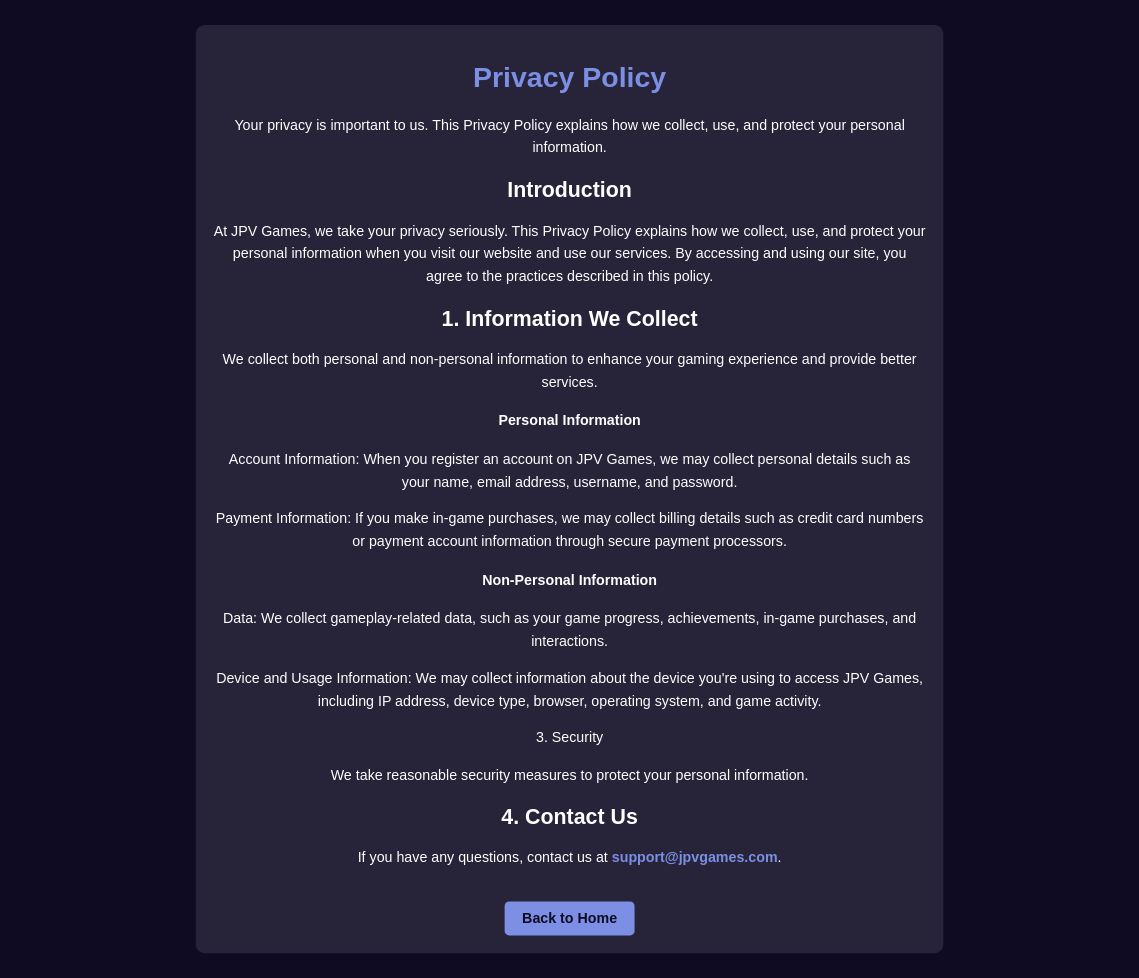
Repository: meenadabhii/jpygames.com
Page: http://localhost/privacy-policy.html
These files come from the project's save history. The page is drawn as it stood at one moment and after a run of saves; the edit follows.
The browser window is 1280 px wide. The pictures show the whole page, at 89% of full size.
The page is served by the project's Node server (app.js).

Above is the page before, as saved 2025-02-08 10:43:48.

### nodejs/views/privacy-policy.html
<!DOCTYPE html>
<html lang="en">
<head>
    <meta charset="UTF-8">
    <meta name="viewport" content="width=device-width, initial-scale=1.0">
    <title>Privacy Policy</title>
    <style>
        body {
            background-color: #0e0b23; /* Dark background */
            color: #ffffff; /* White text */
            font-family: Arial, sans-serif;
            text-align: center;
            padding: 20px;
        }

        .container {
            max-width: 800px;
            margin: auto;
            background: rgba(255, 255, 255, 0.1);
            padding: 20px;
            border-radius: 10px;
        }

        h1 {
            color: #7c8fe4;;
        }

        p {
            line-height: 1.6;
        }

        a {
            color:#7c8fe4;;
            text-decoration: none;
            font-weight: bold;
        }

        a:hover {
            text-decoration: underline;
        }

        .button {
            display: inline-block;
            background: #7c8fe4;
            color: #0e0b23;
            padding: 10px 20px;
            border-radius: 5px;
            margin-top: 20px;
            text-decoration: none;
            font-weight: bold;
        }

        .button:hover {
            background: #4b69f0;
        }
    </style>
</head>
<body>
    <div class="container">
        <h1>Privacy Policy</h1>
        <p>Your privacy is important to us. This Privacy Policy explains how we collect, use, and protect your personal information.</p>

        <h2>Introduction</h2>
        <p>At JPV Games, we take your privacy seriously. This Privacy Policy explains how we collect, use, and protect your personal information when you visit our website and use our services. By accessing and using our site,
             you agree to the practices described in this policy.</p>

        <h2>1. Information We Collect</h2>
        <p>We collect both personal and non-personal information to enhance your gaming experience and provide better services.

        </p>
        <h4>Personal Information</h4>
        <p>Account Information: When you register an account on JPV Games, we may collect personal details such as your name, email address, username, and password.</p>
        <p>Payment Information: If you make in-game purchases, we may collect billing details such as credit card numbers or payment account information through secure payment processors.</p>

        <h4>Non-Personal Information</h4>
        <p> Data: We collect gameplay-related data, such as your game progress, achievements, in-game purchases, and interactions.</p>
<p>Device and Usage Information: We may collect information about the device you're using to access JPV Games, including IP address, device type, browser, operating system, and game activity.</p>
<p
        <h2>3. Security</h2>
        <p>We take reasonable security measures to protect your personal information.</p>

        <h2>4. Contact Us</h2>
        <p>If you have any questions, contact us at <a href="mailto:support@jpvgames.com">support@jpvgames.com</a>.</p>

        <a href="/" class="button">Back to Home</a>
    </div>
</body>
</html>

### nodejs/app.js

const express = require('express')
const app = express()
const port = 6600
const ejs = require('ejs')
const path = require('path')
const fs = require('fs')

app.use(express.static('public'))
app.set('views', path.join(__dirname,'/views'))
app.set('view engine', 'ejs')

const games = JSON.parse(fs.readFileSync('./game.json','utf-8'));

app.use(express.static(path.join(__dirname, 'public')));

app.get('/privacy-policy.html', (req, res) => {
    res.sendFile(path.join(__dirname, 'views', 'privacy-policy.html'));
});

app.get('/', (req, res) => {
    return res.render('home',{games});
})

app.get('/game/:name', (req, res) => {
    const find = games.filter(i => i.slug == req.params.name);
    const newdata = [...Array(8)].map(i => games[(Math.floor(Math.random() * games.length))]);

    if (!find.length) {
        return res.send('404')
    }
    return res.render('singel',{data:find[0], newdata});
})

app.get('/category/:name', (req, res) => {
    const find = games.filter(i => i.type == req.params.name);
    if (!find.length) {
        return res.send('404')
    }
    return res.render('category',{data:find});
})

app.get('/game/:name/play', (req, res) => {
    const find = games.filter(i => i.slug == req.params.name);
    if (!find.length) {
        return res.send('404')
    }
    return res.render('play',{data:find[0]});
})

app.listen(port, () => {
    console.log(`Example app listening on port ${port}`)
})

### nodejs/game.json
[
    {
        "slug":"up-hill-racing",
        "name":"Up Hill Racing",
        "img":"/image/uphillracing.png",
        "type":"sport",
        "url":"https://softgames.cdn.start.gg/9mw8rk6nb6kr/v2/index.html"
    },

    {
        "slug":"midnight-pool-classic",
        "name":"Midnight Pool Classic",
        "img":"/image/midnightpoolclassic.png",
        "type":"sport",
        "url":"https://poolrush.frvr.com/"
    },
    {
        "slug":"gameloft-sports-minigame",
        "name":"Gameloft Sports Minigame",
        "img":"/image/gameloftsportsminigame.png",
        "type":"action",
        "url":"https://cdn.ludigames.com/microsoft/start-gameloftSportsMinigameCollection/08-cdn/h5/gameloftSportsMinigameCollectionFree/play.html"
    },

    {
        "slug":"bike-racing",
        "name":"Bike Racing",
        "img":"/image/bikeracing.png",
        "type":"sport",
        "url":"https://softgames.cdn.start.gg/9pjmwr3lfc0d/v5/index.html"
    },
    {
        "slug":"solitaire-champions",
        "name":"Solitaire Champions",
        "img":"/image/solitairechampions.png",
        "type":"sport",
        "url":"https://hammerplay.cdn.start.gg/9nf29519b076/v1/index.html"
    },
    {
        "slug":"bubble-fall",
        "name":"Bubble Fall",
        "img":"/image/bubblefall.png",
        "type":"arcade",
        "url":"https://html5.suncs.io/bubble-fall/msg/"
    },

    {
        "slug":"idle-mining-empire",
        "name":"Idle Mining Empire",
        "img":"/image/idleminingempire.png",
        "type":"action",
        "url":"https://marketjs.cdn.start.gg/9n3wz0fzx1hr/v27/index.html"
    },
    {
        "slug":"harbor-operator",
        "name":"Harbor Operator",
        "img":"/image/harboroperator.png",
        "type":"action",
        "url":"https://marketjs.cdn.start.gg/9pbd0qpb8kwz/v5/index.html"
    },
    {
        "slug":"backgammon",
        "name":"Backgammon",
        "img":"/image/backgammon.png",
        "type":"arcade",
        "url":"https://marketjs.cdn.start.gg/9n7mfxkl7w06/v5/index.html"
    },
    {
        "slug":"hotel-manager",
        "name":"Hotel Manager",
        "img":"/image/hotelmanager.png",
        "type":"arcade",
        "url":"https://codethislab.cdn.start.gg/9mt20fq1f5zj/v1/index.html"
    },
    {
        "slug":"ultimate-tic-tac-toe",
        "name":"Ultimate Tic Tac Toe",
        "img":"/image/ultimatetictactoe.png",
        "type":"arcade",
        "url":"https://codethislab.cdn.start.gg/9p4z7gtl3mlh/v9/index.html"
    },
    {
        "slug":"island-of-treasures",
        "name":"Island of Treasures",
        "img":"/image/islandoftreasures.png",
        "type":"action",
        "url":"https://hammerplay.cdn.start.gg/9pk306zzrpr5/v6/index.html"
    },
    {
        "slug":"blackjack",
        "name":"Blackjack",
        "img":"/image/blackjack.png",
        "type":"sport",
        "url":"https://codethislab.cdn.start.gg/9mt4hk2d6rcn/v1/index.html"
    },
    {
        "slug":"roulette-royale",
        "name":"Roulette Royale",
        "img":"/image/rouletteroyale.png",
        "type":"sport",
        "url":"https://codethislab.cdn.start.gg/9pmdqv93xn3r/v1/index.html"
    },
    {
        "slug":"mk48",
        "name":"Mk48",
        "img":"/image/mk48.png",
        "type":"action",
        "url":"https://microsoft.mk48.io/"
    },
    {
        "slug":"parking-block",
        "name":"Parking Block",
        "img":"/image/parking-block.png",
        "type":"sport",
        "url":"https://codethislab.cdn.start.gg/9mwhlgqzrsf2/v1/index.html"
    },
    {
        "slug":"code-bananas",
        "name":"Code Bananas",
        "img":"/image/code-bananas.png",
        "type":"action",
        "url":"https://marketjs.cdn.start.gg/9nt6qmtc0mnc/v3/index.html"
    },
    {
        "slug":"stack-the-containers",
        "name":"Stack The Containers",
        "img":"/image/stack-the-containers.png",
        "type":"arcade",
        "url":"https://marketjs.cdn.start.gg/9pk2c9cd597r/v4/index.html"
    },
    {
        "slug":"secrets-of-charmland",
        "name":"Secrets of Charmland",
        "img":"/image/secrets-of-charmland.png",
        "type":"arcade",
        "url":"https://adventure.cleverappssg.com/publish/html5/msstart/"
    },
    {
        "slug":"stickman-brawl",
        "name":"Stickman Brawl",
        "img":"/image/stickman-brawl.png",
        "type":"arcade",
        "url":"https://marketjs.cdn.start.gg/9pmxzdnh0xcq/v9/index.html"
    },
    {
        "slug":"bricks-breaker-deluxe-crusher",
        "name":"Bricks Breaker Deluxe Crusher",
        "img":"/image/bricks-breaker-deluxe-crusher.png",
        "type":"arcade",
        "url":"https://playzool.com/games/bricksBreaker/"
    },
    {
        "slug":"planet-chaos",
        "name":"Planet Chaos",
        "img":"/image/planet-chaos.png",
        "type":"arcade",
        "url":"https://hammerplay.cdn.start.gg/9mtndqf7rjgg/v6/index.html"
    },

    {
        "slug":"jewel-academy",
        "name":"Jewel Academy",
        "img":"/image/jewel-academy.png",
        "type":"arcade",
        "url":"https://cdn.games.mobinozer.com/ext/msn/msn-jewel-academy/prod-msn/v7/"
    },
    {
        "slug":"tile-connect-master",
        "name":"Tile Connect Master",
        "img":"/image/tile-connect-master.png",
        "type":"arcade",
        "url":"https://tile-connect.sunfs.app/ms-games/"
    },
    {
        "slug":"4-pics-1-word",
        "name":"4 Pics 1 Word",
        "img":"/image/4-pics-1-word.png",
        "type":"arcade",
        "url":"https://start.4pics1word.app/"
    },
    {
        "slug":"candy-world-match3-mania",
        "name":"Candy World : match3 mania",
        "img":"/image/candy-world-match3-mania.png",
        "type":"arcade",
        "url":"https://playzool.com/games/candyWorldMM/"
    },
    {
        "slug":"spades",
        "name":"Spades",
        "img":"/image/spades.png",
        "type":"arcade",
        "url":"https://marketjs.cdn.start.gg/9n965bpl2zp1/v12/index.html"
    },
    {
        "slug":"candy-riddles-free-match-3-puzzle",
        "name":"Candy Riddles: Free Match 3 Puzzle",
        "img":"/image/candy-riddles-free-match-3-puzzle.png",
        "type":"arcade",
        "url":"https://riddles.labsystech.ru/publish/html5/msstart/"
    },

    {
        "slug":"cricket-frvr",
        "name":"Cricket FRVR",
        "img":"/image/cricket-frvr.png",
        "type":"sport",
        "url":"https://cricket.frvr.com/"
    },
    {
        "slug":"rally-champion",
        "name":"Rally Champion",
        "img":"/image/rally-champion.png",
        "type":"sport",
        "url":"https://marketjs.cdn.start.gg/9pmdcq52j3hj/v1/index.html"
    },

    {
        "slug":"hunter-hitman",
        "name":"Hunter Hitman",
        "img":"/image/hunter-hitman.png",
        "type":"action",
        "url":"https://marketjs.cdn.start.gg/9n8bq7npxbfw/v9/index.html"
    },

    {
        "slug":"bubbles",
        "name":"Bubbles",
        "img":"/image/bubbles.png",
        "type":"arcade",
        "url":"https://cdn.games.mobinozer.com/ext/msn/msn-bubbles/prod/v1/"
    },
    {
        "slug":"kite-play",
        "name":"Kite Play",
        "img":"/image/kite-play.png",
        "type":"action",
        "url":"https://cdn.ludigames.com/microsoft/start-kite/06-cdn/h5/kiteFree/play.html"
    },
    {
        "slug":"idle-hotel-empire",
        "name":"Idle Hotel Empire",
        "img":"/image/idle-hotel-empire.png",
        "type":"arcade",
        "url":"https://marketjs.cdn.start.gg/9n4rmz09hx1v/v7/index.html"
    },
    {
        "slug":"blockbuster-adventures-puzzle",
        "name":"BlockBuster: Adventures Puzzle",
        "img":"/image/blockbuster-adventures-puzzle.png",
        "type":"arcade",
        "url":"https://woodenblock.cleverappssg.com/publish/html5/msstart/"
    },
    {
        "slug":"ludo-classic-a-dice-game",
        "name":"Ludo classic : a dice game",
        "img":"/image/ludo-classic-a-dice-game.png",
        "type":"arcade",
        "url":"https://playzool.com/games/ludoClassicADG/"
    },
    {
        "slug":"basketball-all-stars",
        "name":"Basketball All Stars",
        "img":"/image/basketball-all-stars.png",
        "type":"sport",
        "url":"https://softgames.cdn.start.gg/9ndkp76s2h24/v10/index.html"
    },
    {
        "slug":"designville",
        "name":"Designville",
        "img":"/image/designville.png",
        "type":"arcade",
        "url":"https://ms-start.designville-merge.g.tapclap.com/"
    },
    {
        "slug":"darts-pro",
        "name":"Darts Pro",
        "img":"/image/darts-pro.png",
        "type":"sport",
        "url":"https://codethislab.cdn.start.gg/9n3n198l6zpj/v3/index.html"
    },
    {
        "slug":"pinball-basketball",
        "name":"Pinball Basketball",
        "img":"/image/pinball-basketball.png",
        "type":"sport",
        "url":"https://marketjs.cdn.start.gg/9n4wl4c46knl/v1/index.html"
    },
    {
        "slug":"midnight-pool-classic",
        "name":"Midnight Pool Classic",
        "img":"/image/midnight-pool-classic.png",
        "type":"sport",
        "url":"https://cdn.ludigames.com/microsoft/start-midnightPoolClassic/09-cdn/h5/midnightPoolClassicFree/"
    },
    {
        "slug":"dinosaurs-merge-master",
        "name":"Dinosaurs Merge Master",
        "img":"/image/dinosaurs-merge-master.png",
        "type":"action",
        "url":"https://dinosaurs-merge-master.sunfs.app/ms-games/"
    },
    {
        "slug":"drift-boss",
        "name":"Drift Boss",
        "img":"/image/drift-boss.png",
        "type":"action",
        "url":"https://marketjs.cdn.start.gg/9p4mrh7g580x/v10/index.html"
    },
    {
        "slug":"santa-parkour",
        "name":"Santa Parkour",
        "img":"/image/santa-parkour.png",
        "type":"arcade",
        "url":"https://marketjs.cdn.start.gg/9n7c9gz12jtz/v4/index.html"
    },
    {
        "slug":"rachel-holmes-find-differences",
        "name":"Rachel Holmes: find differences",
        "img":"/image/rachel-holmes-find-differences.png",
        "type":"arcade",
        "url":"https://differences.cleverappssg.com/publish/html5/msstart/"
    },
    {
        "slug":"liquid-puzzle-sort-the-colors",
        "name":"Liquid puzzle: sort the colors",
        "img":"/image/liquid-puzzle-sort-the-colors.png",
        "type":"arcade",
        "url":"https://playzool.com/games/liquidPuzzleSTC/"
    },
    {
        "slug":"puzzle-daily",
        "name":"Puzzle Daily",
        "img":"/image/puzzle-daily.png",
        "type":"arcade",
        "url":"https://puzzleplayz.us/g/tcap?domain=msngames.tribunecontentagency.com"
    },
    {
        "slug":"wood-block-puzzle",
        "name":"Wood Block Puzzle",
        "img":"/image/wood-block-puzzle.png",
        "type":"arcade",
        "url":"https://softgames.cdn.start.gg/9n81bzp5knxp/v10/index.html"
    },
    {
        "slug":"monopoly-sudoku",
        "name":"Monopoly Sudoku",
        "img":"/image/monopoly-sudoku.png",
        "type":"arcade",
        "url":"https://cdn.games.mobinozer.com/ext/monopoly_sudoku_microsoft/prod/3.1.3-0/"
    },
    {
        "slug":"solitaire-mahjong-juicy",
        "name":"Solitaire Mahjong Juicy",
        "img":"/image/solitaire-mahjong-juicy.png",
        "type":"arcade",
        "url":"https://softgames.cdn.start.gg/9pnq8c4vgsnr/v5/index.html"
    },
    {
        "slug":"merge-alphabet",
        "name":"Merge Alphabet",
        "img":"/image/merge-alphabet.png",
        "type":"arcade",
        "url":"https://marketjs.cdn.start.gg/9p46mtb82zkh/v19/index.html"
    },
    {
        "slug":"classic-nonogram",
        "name":"Classic Nonogram",
        "img":"/image/classic-nonogram.png",
        "type":"arcade",
        "url":"https://codethislab.cdn.start.gg/9np2059nr3db/v24/index.html"
    },
    {
        "slug":"ultimate-sudoku",
        "name":"Ultimate Sudoku",
        "img":"/image/ultimate-sudoku.png",
        "type":"arcade",
        "url":"https://codethislab.cdn.start.gg/9nkxp0kxmpdz/v1/index.html"
    },
    {
        "slug":"kubok-999",
        "name":"Kubok 999",
        "img":"/image/kubok-999.png",
        "type":"arcade",
        "url":"https://kubok.it/games/kubok-999/index-70.html"
    },
    {
        "slug":"lights",
        "name":"lights",
        "img":"/image/lights.png",
        "type":"arcade",
        "url":"https://codethislab.cdn.start.gg/9nkbwk7x5858/v1/index.html"
    },
    {
        "slug":"parking-panic",
        "name":"Parking panic",
        "img":"/image/parking-panic.png",
        "type":"arcade",
        "url":"https://playzool.com/games/parkingPanic/"
    }
]

After the next 6 saves:
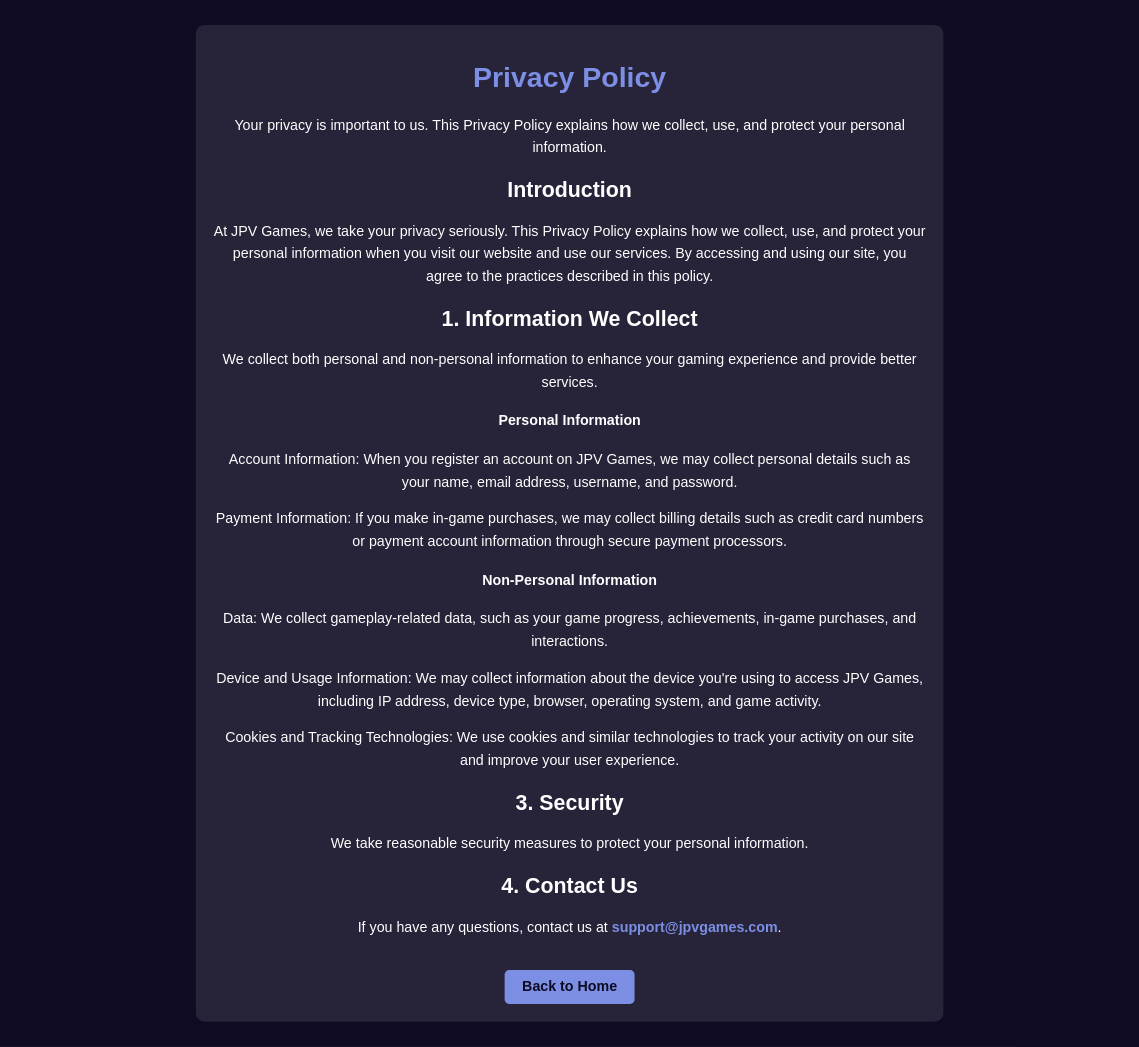
The 6 saves are shown as one change because they came seconds apart.
The last was saved 17 s later.
--- a/nodejs/views/privacy-policy.html
+++ b/nodejs/views/privacy-policy.html
@@ -75,7 +75,8 @@
         <h4>Non-Personal Information</h4>
         <p> Data: We collect gameplay-related data, such as your game progress, achievements, in-game purchases, and interactions.</p>
 <p>Device and Usage Information: We may collect information about the device you're using to access JPV Games, including IP address, device type, browser, operating system, and game activity.</p>
-<p
+<p>Cookies and Tracking Technologies: We use cookies and similar technologies to track your activity on our site and improve your user experience.
+</p>
         <h2>3. Security</h2>
         <p>We take reasonable security measures to protect your personal information.</p>
 
